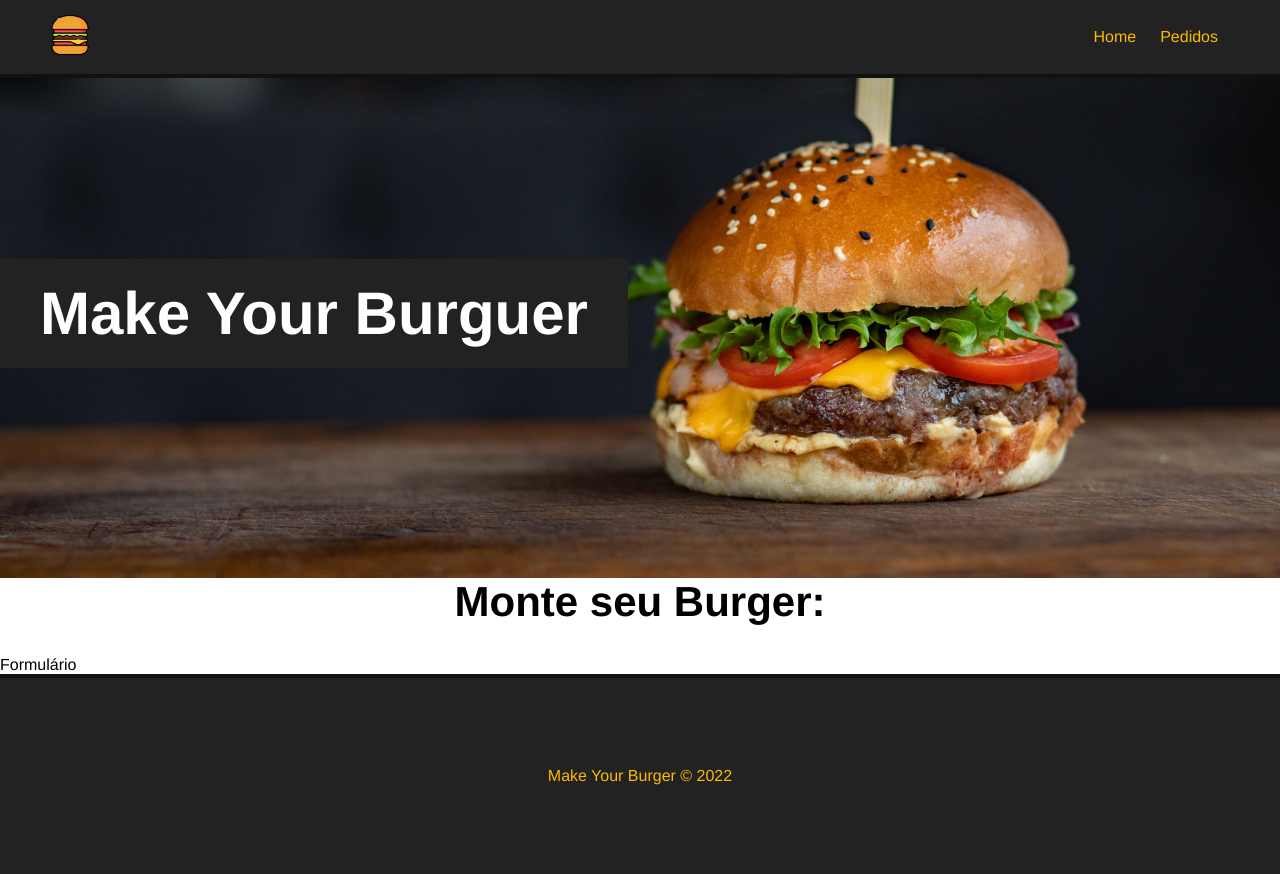
Repository: brunofa23/makeyourburguer
Page: /
The author's editor kept a copy of each file at every save. The page is drawn from the files as they stood at one save, then again after the next save.
The browser window is 1280 px wide. The pictures show the whole page.
The project was rebuilt for these pictures with package versions that can differ from the ones it lists, and the page was loaded fresh each time. Also part of the build but not shown: vue.config.js.

Above is the page before, as saved 2022-08-09 19:42:14.

### src/App.vue
<template>
  <Navbar :logo="logo_src" :alt="app_name"/>
  <router-view/>
  <Footer />
</template>

<script>
import Navbar from './components/Navbar.vue';
import Footer from './components/Footer.vue';

export default{
  components:{ Navbar, Footer },
  data(){
    return{
      logo_src:"/img/logo.png",
      app_name:"Make Your Burguer"
    }

  }
}

</script>

<style>
*{
  font-family: Helvetica, sans-serif;
  padding: 0;
  margin: 0;
  box-sizing: border-box;
}


.main-container{
  margin:50px;
  min-height: 250px;
}

h1{
  text-align: center;
  font-size: 42px;
  margin-bottom: 30px;
}
</style>

### src/router/index.js
import { createRouter, createWebHistory } from 'vue-router'
import HomeView from '../views/HomeView.vue'

const routes = [
  {
    path: '/',
    name: 'home',
    component: HomeView
  },
  {
    path: '/pedidos',
    name: 'Pedidos',
    // route level code-splitting
    // this generates a separate chunk (about.[hash].js) for this route
    // which is lazy-loaded when the route is visited.
    component: () => import(/* webpackChunkName: "about" */ '../views/PedidosView.vue')
  }
]

const router = createRouter({
  history: createWebHistory(process.env.BASE_URL),
  routes
})

export default router

### src/components/Navbar.vue
<template>
  <div id="nav">
    <router-link to="/" id="logo-url">
        <img :src="logo" :alt="alt" id="logo" >
    </router-link>
    <router-link to="/">Home</router-link>
    <router-link to="/pedidos">Pedidos</router-link>
  </div>
</template>

<script>
export default {
    name:"Navbar",
    props:["logo", "alt"]
}
</script>




<style scoped>
#nav{
  background-color:#222 ;
  border-bottom: 4px solid #111;
  padding: 15px 50px;
  display: flex;
  justify-content: flex-end;
  align-items: center;


}

#nav #logo-url{
  margin: auto;
  margin-left: 0;


}

#logo{
  width: 40px;
  height: 40px;
}

#nav a{
  color: #FCBA03;
  text-decoration: none;
  margin: 12px;
  transition: .5s;

}
#nav a:hover{
  color:#FFF;
}

</style>

### src/components/Footer.vue
<template>
    <footer id="footer">
        <p>Make Your Burger &copy; 2022</p>

    </footer>
</template>


<script>
export default{
    name: "Footer"
}

</script>

<style scoped>
#footer{
    height: 200px;
    background-color: #222;
    border-top: 4px solid #111;
    color: #fcba03;
    display: flex;
    align-items: center;
    justify-content: center;
    width: 100%;
}
</style>

### src/views/HomeView.vue
<template>
  <div class="main-container">
    <Banner />
   <h1>Monte seu Burger:</h1>
   <p>Formulário</p>
  </div>
</template>

<script>
import Banner from "@/components/Banner.vue";

export default{
  name: "Home",
  components:{
    Banner
  }
}

</script>

<style>
.main-container{
  margin: 0;
}
</style>

### src/components/Banner.vue
<template>
  <div id="main-banner">
    <h1>Make Your Burguer</h1>
  </div>
</template>

<script>
export default {
  name: 'Banner',
}
</script>

<style scoped>
#main-banner{
    background-image: url('/public/img/burger.jpg');
    background-position: 0 -250px;
    background-size: cover;
    height: 500px;
    display: flex;
    align-items: center;
    justify-content: flex-start;

}

#main-banner h1{
    color: #FFF;
    text-align: center;
    font-size: 60px;
    background-color: #222;
    padding: 20px 40px;

}


</style>
>

### src/components/BurgerForm.vue
<template>
    <p>Burguer Form</p>
</template>

<script>
export default{
    name: "BurgerForm"
}
</script>

<style scoped>

</style>

Loaded but not shown: public/index.html (common file); src/main.js (common file)

After the next save:
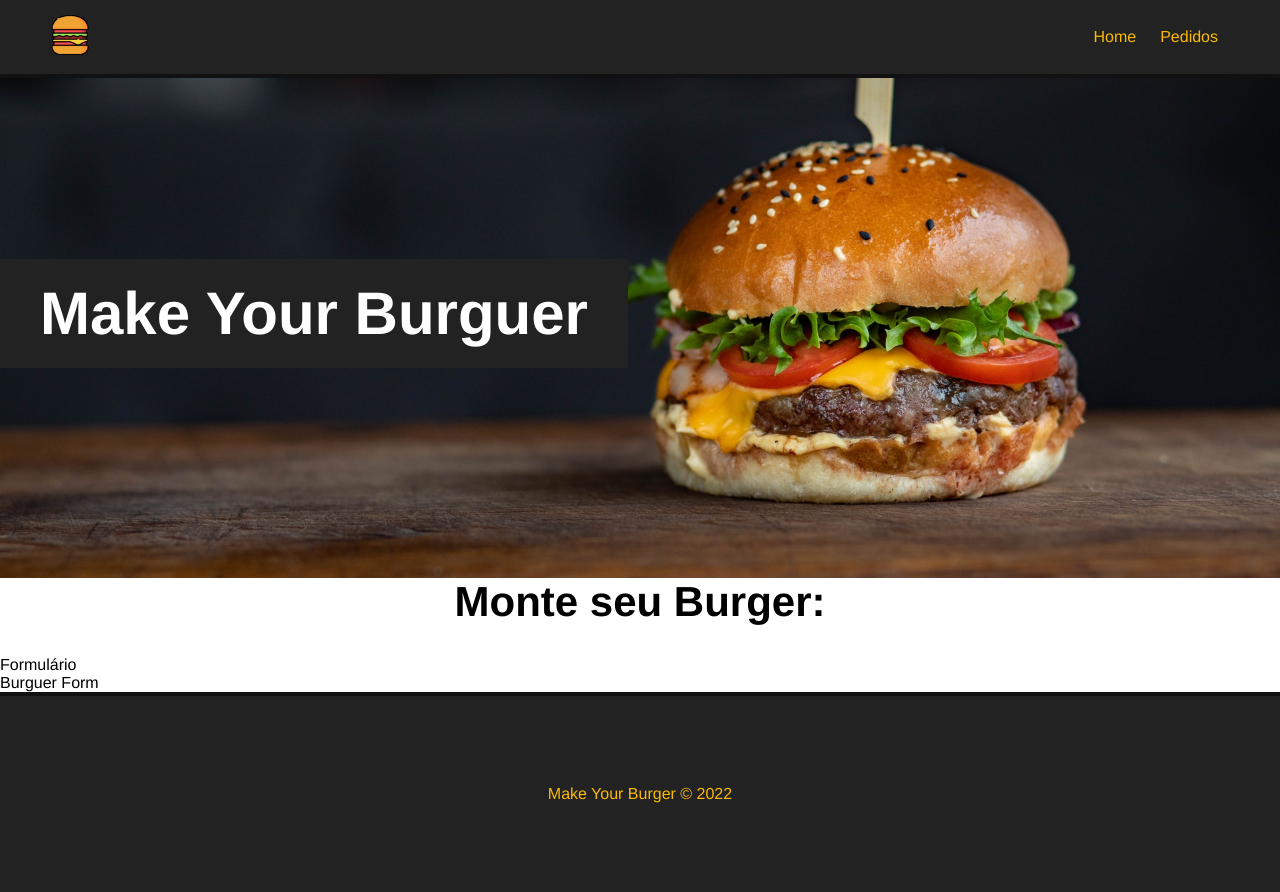
Saved 20 s later.
--- a/src/views/HomeView.vue
+++ b/src/views/HomeView.vue
@@ -3,17 +3,20 @@
     <Banner />
    <h1>Monte seu Burger:</h1>
    <p>Formulário</p>
+   <BurgerForm />
   </div>
 </template>
 
 <script>
 import Banner from "@/components/Banner.vue";
+import BurgerForm from "@/components/BurgerForm.vue";
 
 export default{
   name: "Home",
   components:{
-    Banner
-  }
+    Banner,
+    BurgerForm
+}
 }
 
 </script>

After the save that followed:
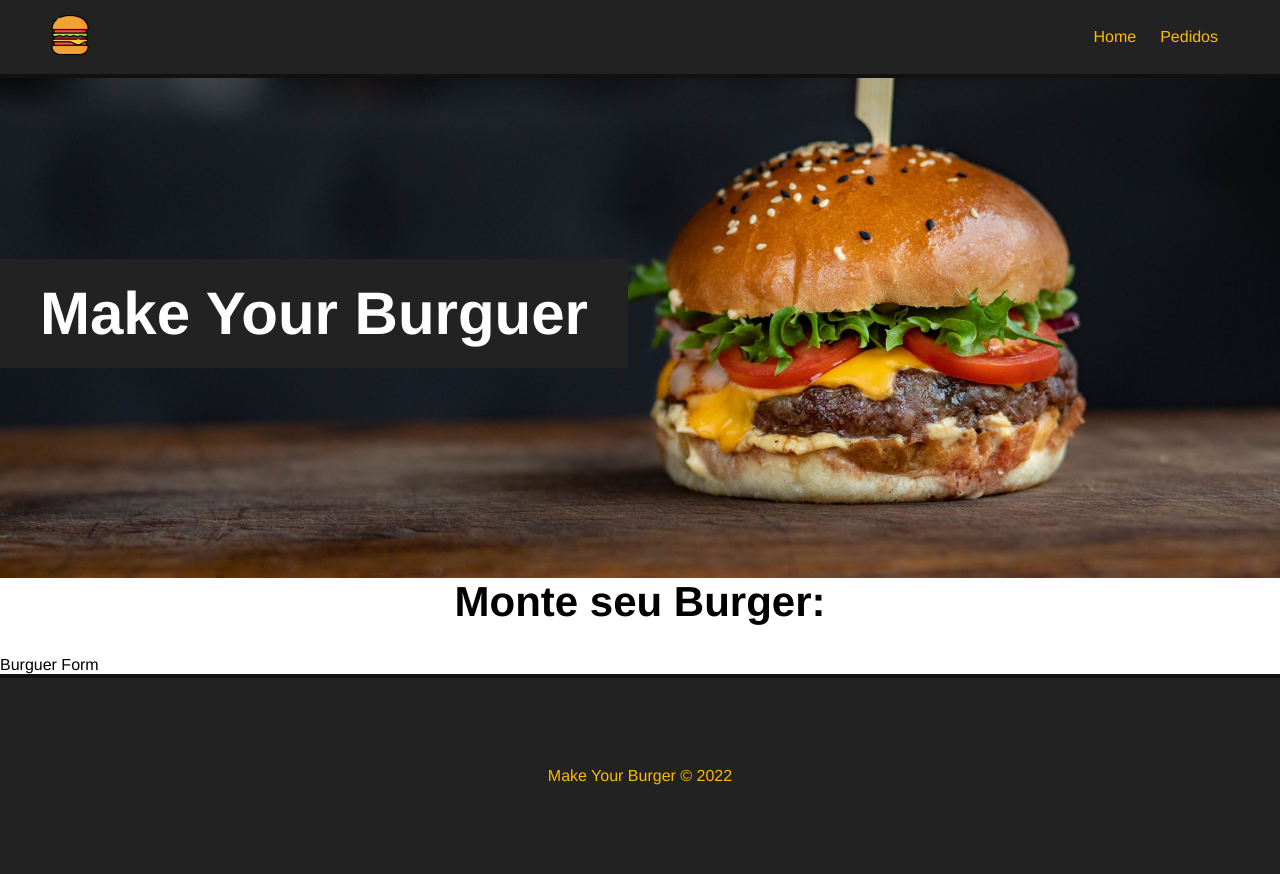
Saved 45 s later.
--- a/src/views/HomeView.vue
+++ b/src/views/HomeView.vue
@@ -2,7 +2,6 @@
   <div class="main-container">
     <Banner />
    <h1>Monte seu Burger:</h1>
-   <p>Formulário</p>
    <BurgerForm />
   </div>
 </template>
